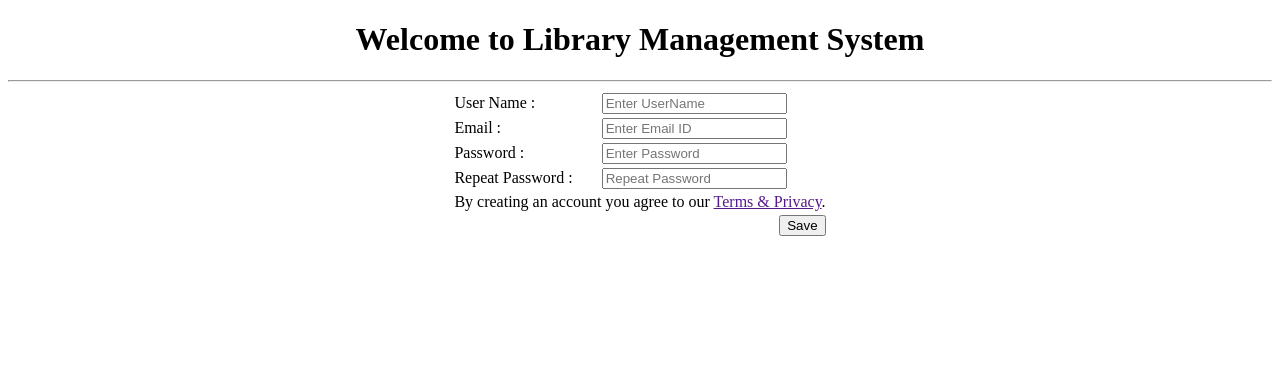
Repository: paragpatidar/LibraryManagementSystem
Page: http://localhost/LibraryManagementSystemSpring/WEB-INF/ui/SignUp.jsp
An editor plug-in stored every save of this project. The page is shown before and after the next save, followed by the edit.
The browser window is 1280 px wide. The pictures show the whole page.
The page is served by Tomcat 9. Nobody is signed in. The template is opened directly, without the code that normally fills it, so the values that code supplies are empty.

Above is the page before, as saved 2017-11-08 09:10:28.

After the next save:
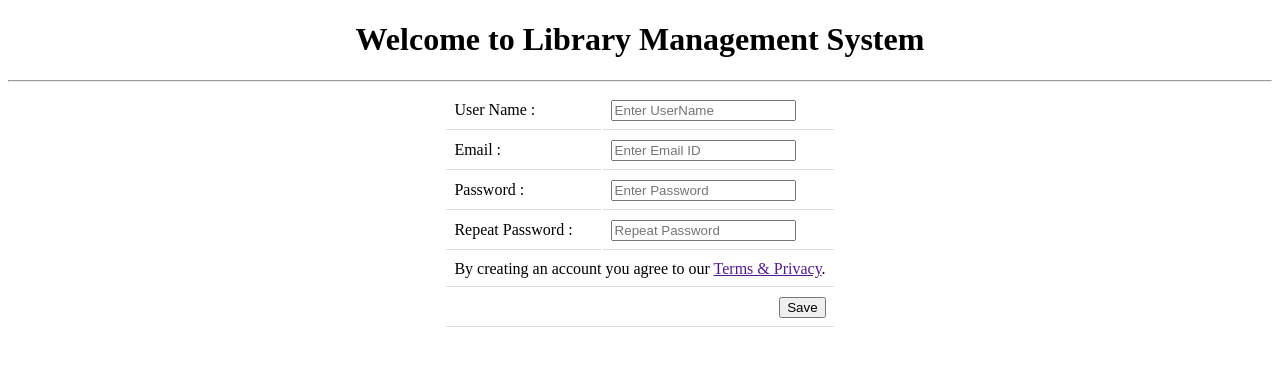
Saved 15 s later.
--- a/LibraryManagementSystemSpring/WebContent/WEB-INF/ui/SignUp.jsp
+++ b/LibraryManagementSystemSpring/WebContent/WEB-INF/ui/SignUp.jsp
@@ -7,6 +7,18 @@
 <meta http-equiv="Content-Type" content="text/html; charset=ISO-8859-1">
 <title>Insert title here</title>
 <style>
+#form {
+    border-radius: 25px;
+    border: 2px solid #73AD21;
+    padding: 20px;
+    margin-right : 270px;
+    margin-left : 250px;
+}
+
+th, td {
+    padding: 8px;
+    border-bottom: 1px solid #ddd;
+}
 </style>
 </head>
 <body>
